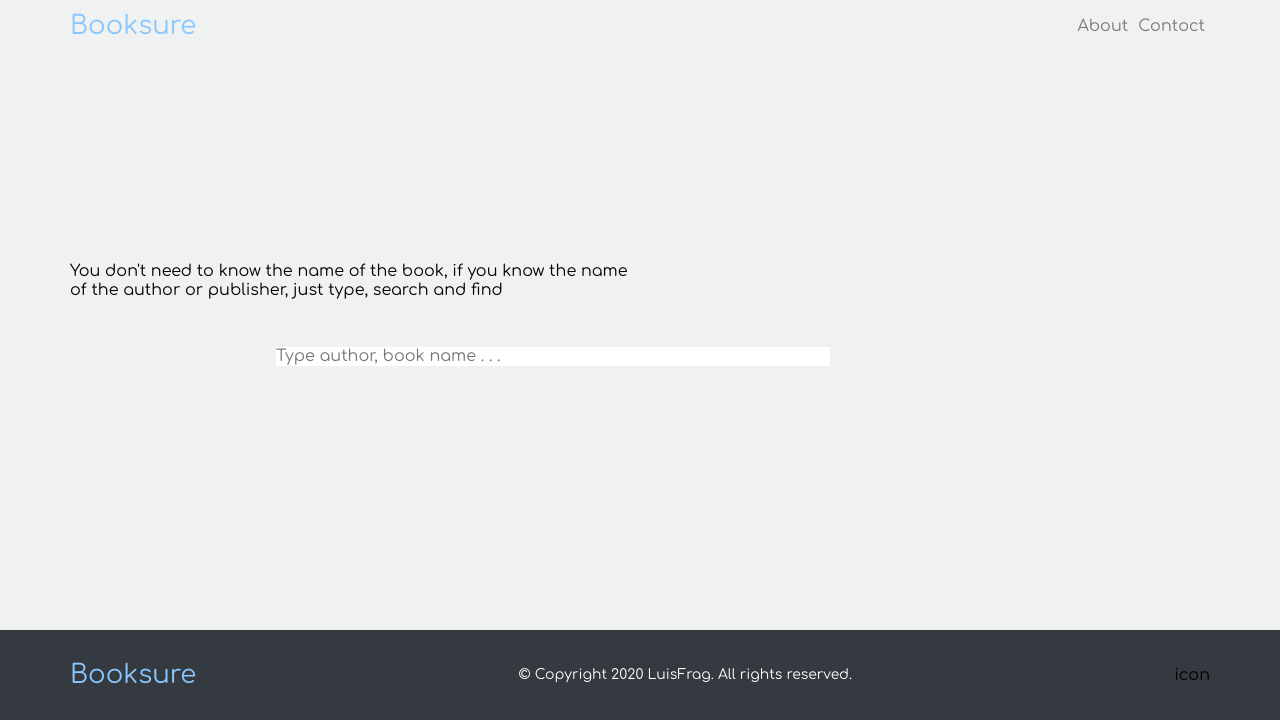
Repository: changesxxx/searchBooks
Page: /search
These files come from the project's save history. The page is drawn as it stood at one moment and after the next save; the edit follows.
The browser window is 1280 px wide. The pictures show the whole page.
The project was rebuilt for these pictures with package versions that can differ from the ones it lists, and the page was loaded fresh each time. Also part of the build but not shown: craco.config.js.

Above is the page before, as saved 2024-06-24 17:50:01.

After the next save:
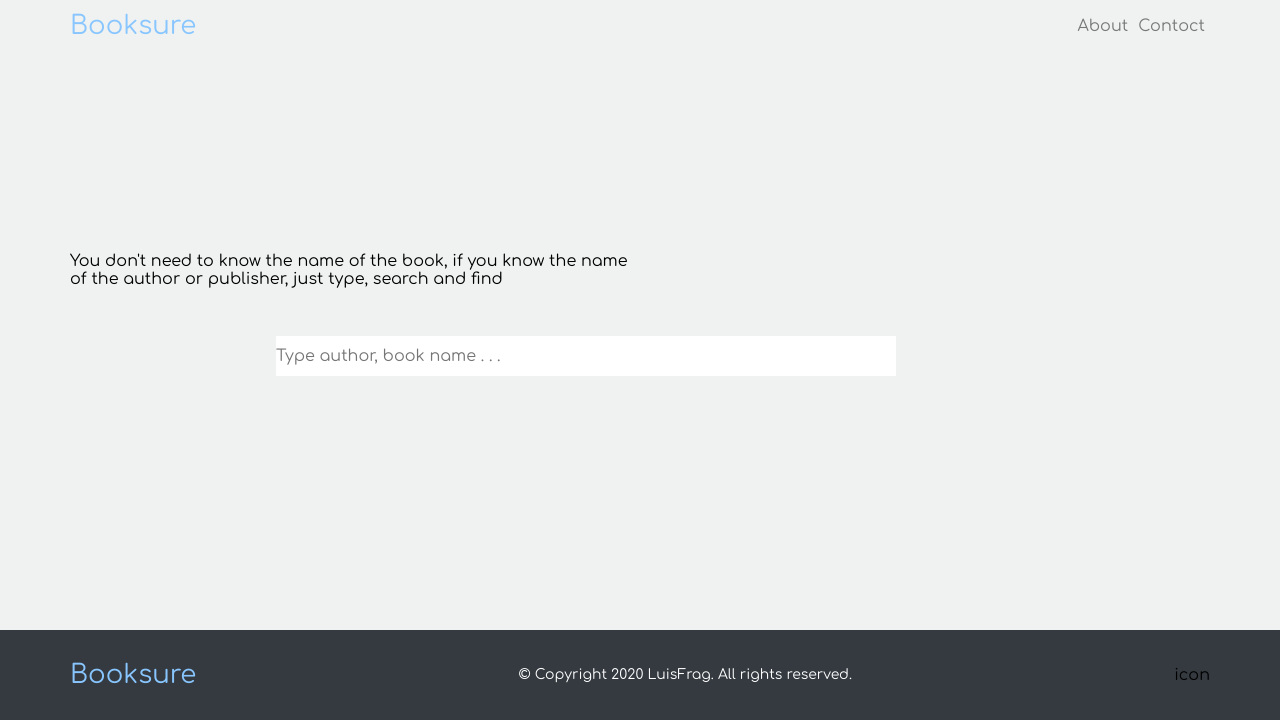
Saved 30 s later.
--- a/src/view/search/style.js
+++ b/src/view/search/style.js
@@ -21,7 +21,8 @@ const searchWrapper = styled.div`
     .search-input {
       display: block;
 
-      width: 50%;
+      width: 56%;
+      height: 40px;
       margin: 0 190px;
     }
   }
